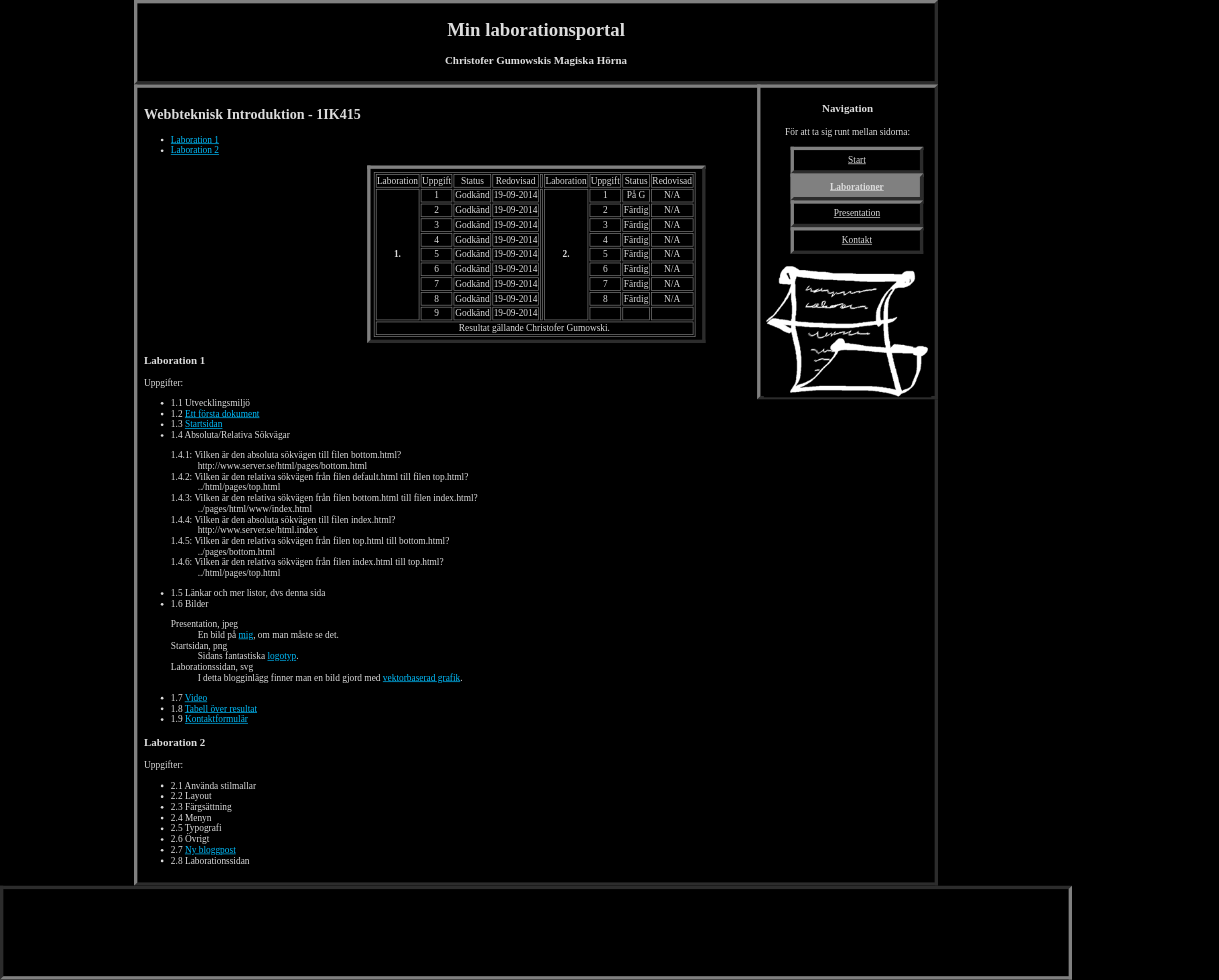
Repository: cg222im/1IK415_cg222im
Page: pages/laborationer.html
The author's editor kept a record of every edit. The page is drawn from the files as they stood at one moment, then again after the next edit.
The browser window is 1280 px wide. The page is 1600 px wide, then 1820 px, so the pictures cover 1820 px, including what lies to the right of the window. The pictures show the whole page, at 67% of full size.

Above is the page before.

After the next edit:
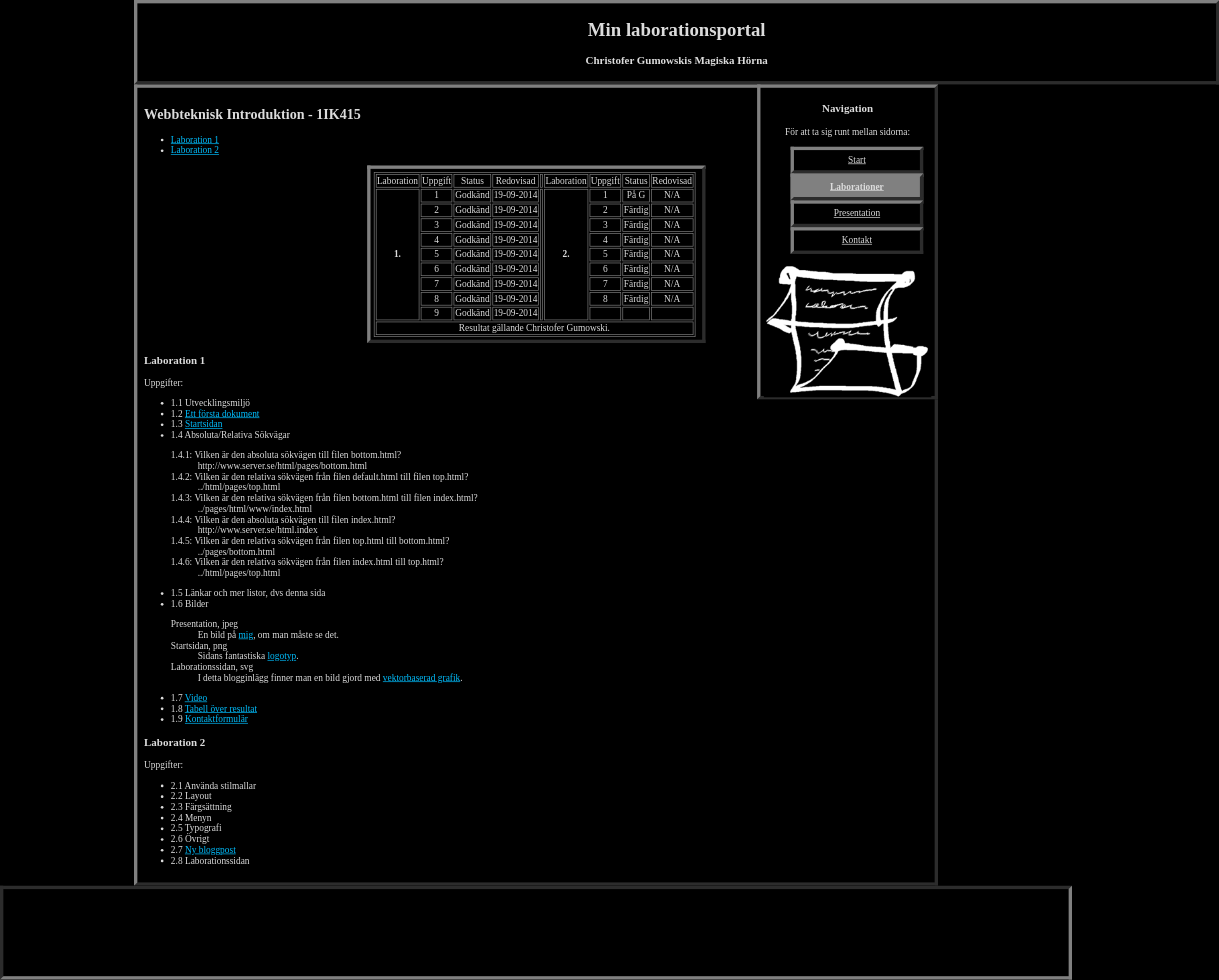
The edit:
--- a/css/style.css
+++ b/css/style.css
@@ -31,6 +31,7 @@ body {
     color: #DCDCDC;
     text-align: center;
     padding: 5px;
+    width: 1600px;
 }
 #main {
     border-style: outset;
